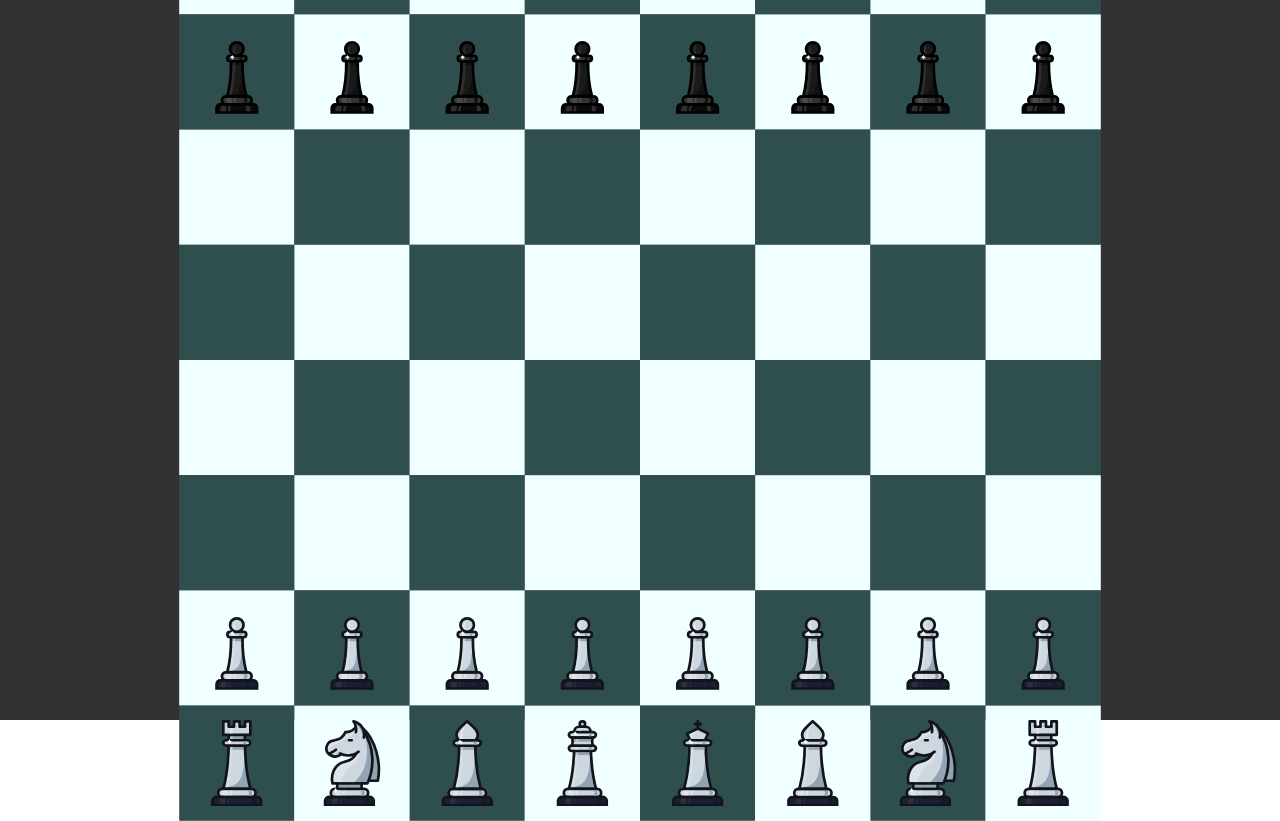
Repository: Mirsmog/react-chess
Page: /
An editor plug-in stored every save of this project. The page is shown before and after the next save, followed by the edit.
The browser window is 1280 px wide. The pictures show the whole page.
The project was rebuilt for these pictures with package versions that can differ from the ones it lists, and the page was loaded fresh each time. Also part of the build but not shown: vite.config.ts.

Above is the page before, as saved 2023-10-28 15:43:20.

### src/App.tsx
import BoardComponent from '@/components/BoardComponent';
import { Board } from './models/Board';
import React from 'react';

const App = () => {
  const [board, setBoard] = React.useState(new Board());

  React.useEffect(() => {
    restart();
  }, []);

  function restart() {
    const newBoard = new Board();
    newBoard.initCells();
    newBoard.addFigures()
    setBoard(newBoard);
  }
  return (
    <div className='app'>
      <BoardComponent board={board} setBoard={setBoard} />
    </div>
  );
};

export default App;

### src/index.css
:root {
  --sell-size: 64px;
}

* {
  margin: 0;
  padding: 0;
}

.app {
  background-color: #323232;
  width: 100vw;
  height: 100vh;
  display: flex;
  justify-content: center;
  align-items: center;
}

.board {
  display: flex;
  width: calc(var(--sell-size) * 8);
  height: calc(var(--sell-size) * 8);
  flex-wrap: wrap;
  transform: scale(1.8);
}

.cell {
  width: var(--sell-size);
  height: var(--sell-size);
  display: flex;
  justify-content: center;
  align-items: center;
}

.cell img {
  width: 48px;
  height: 48px;
  position: relative;
}

img[src*="/src/assets/pawn-white.svg"],
img[src*="/src/assets/pawn-black.svg"] {
  /* transform: scale(1.18); */
  transform: translateY(3px);
}

.black {
  background-color: darkslategrey;
}

.white {
  background-color: azure;
}

### src/components/BoardComponent.tsx
import { Board } from '@/models/Board';
import React from 'react';
import CellComponent from './CellComponent';

type Props = {
  board: Board;
  setBoard: (board: Board) => void;
};

const BoardComponent: React.FC<Props> = ({ board, setBoard }) => {
  return (
    <div className='board'>
      {board.cells.map((row, index) => (
        <React.Fragment key={index}>
          {row.map((cell) => (
            <CellComponent key={cell.id} cell={cell} />
          ))}
        </React.Fragment>
      ))}
    </div>
  );
};

export default BoardComponent;

### src/models/Board.ts
import { Cell } from './Cell';
import { Colors } from './Colors';
import { Bishop } from './figures/Bishop';
import { King } from './figures/King';
import { Knight } from './figures/Knight';
import { Pawn } from './figures/Pawn';
import { Queen } from './figures/Queen';
import { Rook } from './figures/Rook';

export class Board {
  cells: Cell[][] = [];

  public initCells() {
    for (let i = 0; i < 8; i++) {
      const row: Cell[] = [];
      for (let j = 0; j < 8; j++) {
        if ((i + j) % 2 !== 0) {
          row.push(new Cell(this, j, i, Colors.BLACK, null)); // black
        } else {
          row.push(new Cell(this, j, i, Colors.WHITE, null)); // white
        }
      }
      this.cells.push(row);
    }
  }
  public getCell(x: number, y: number) {
    return this.cells[y][x];
  }

  private addPawns() {
    for (let i = 0; i < 8; i++) {
      new Pawn(Colors.BLACK, this.getCell(i, 1));
      new Pawn(Colors.WHITE, this.getCell(i, 6));
    }
  }
  private addKings() {
    new King(Colors.BLACK, this.getCell(4, 0));
    new King(Colors.WHITE, this.getCell(4, 7));
  }
  private addQueens() {
    new Queen(Colors.BLACK, this.getCell(3, 0));
    new Queen(Colors.WHITE, this.getCell(3, 7));
  }
  private addBishops() {
    new Bishop(Colors.BLACK, this.getCell(2, 0));
    new Bishop(Colors.BLACK, this.getCell(5, 0));
    new Bishop(Colors.WHITE, this.getCell(2, 7));
    new Bishop(Colors.WHITE, this.getCell(5, 7));
  }
  private addKnights() {
    new Knight(Colors.BLACK, this.getCell(1, 0));
    new Knight(Colors.BLACK, this.getCell(6, 0));
    new Knight(Colors.WHITE, this.getCell(1, 7));
    new Knight(Colors.WHITE, this.getCell(6, 7));
  }
  private addRooks() {
    new Rook(Colors.BLACK, this.getCell(0, 0));
    new Rook(Colors.BLACK, this.getCell(7, 0));
    new Rook(Colors.WHITE, this.getCell(0, 7));
    new Rook(Colors.WHITE, this.getCell(7, 7));
  }

  public addFigures() {
    this.addKings();
    this.addBishops();
    this.addKnights();
    this.addQueens();
    this.addPawns();
    this.addRooks();
  }
}

### src/components/CellComponent.tsx
import { Cell } from '@/models/Cell';
import React from 'react';

type Props = {
  cell: Cell;
};

const CellComponent: React.FC<Props> = ({ cell }) => {
  return (
    <div className={`cell ${cell.color}`}>
      {cell.figure?.logo && (
        <img src={cell.figure.logo} alt={cell.figure.logo} />
      )}
    </div>
  );
};

export default CellComponent;

### src/models/Cell.ts
import { Board } from './Board';
import { Colors } from './Colors';
import { Figure } from './figures/Figure';

export class Cell {
  readonly x: number;
  readonly y: number;
  readonly color: Colors;
  figure: Figure | null;
  board: Board;
  available: boolean;
  id: number;

  constructor(
    board: Board,
    x: number,
    y: number,
    color: Colors,
    figure: Figure | null
  ) {
    this.board = board;
    this.figure = figure;
    this.color = color;
    this.x = x;
    this.y = y;
    this.available = false;
    this.id = Math.random();
  }
}

### src/models/Colors.ts
export enum Colors {
  BLACK = 'black',
  WHITE = 'white',
}

### src/models/figures/Bishop.ts
import { Cell } from '../Cell';
import { Colors } from '../Colors';
import { Figure, FigureName } from './Figure';
import bishopBlack from '@/assets/bishop-black.svg';
import bishopWhite from '@/assets/bishop-white.svg';
export class Bishop extends Figure {
  constructor(color: Colors, cell: Cell) {
    super(color, cell);
    this.logo = color === Colors.BLACK ? bishopBlack : bishopWhite;
    this.name = FigureName.BISHOP
  }
}

### src/models/figures/King.ts
import { Cell } from '../Cell';
import { Colors } from '../Colors';
import { Figure, FigureName } from './Figure';
import kingBlack from '@/assets/king-black.svg';
import kingWhite from '@/assets/king-white.svg';
export class King extends Figure {
  constructor(color: Colors, cell: Cell) {
    super(color, cell);
    this.logo = color === Colors.BLACK ? kingBlack : kingWhite;
    this.name = FigureName.KING
  }
}

### src/models/figures/Knight.ts
import { Cell } from '../Cell';
import { Colors } from '../Colors';
import { Figure, FigureName } from './Figure';
import knightBlack from '@/assets/knight-black.svg';
import knightWhite from '@/assets/knight-white.svg';
export class Knight extends Figure {
  constructor(color: Colors, cell: Cell) {
    super(color, cell);
    this.logo = color === Colors.BLACK ? knightBlack : knightWhite;
    this.name = FigureName.KNIGHT
  }
}

### src/models/figures/Pawn.ts
import { Cell } from '../Cell';
import { Colors } from '../Colors';
import { Figure, FigureName } from './Figure';
import pawnBlack from '@/assets/pawn-black.svg';
import pawnWhite from '@/assets/pawn-white.svg';
export class Pawn extends Figure {
  constructor(color: Colors, cell: Cell) {
    super(color, cell);
    this.logo = color === Colors.BLACK ? pawnBlack : pawnWhite;
    this.name = FigureName.PAWN
  }
}

### src/models/figures/Queen.ts
import { Cell } from '../Cell';
import { Colors } from '../Colors';
import { Figure, FigureName } from './Figure';
import queenBlack from '@/assets/queen-black.svg';
import queenWhite from '@/assets/queen-white.svg';
export class Queen extends Figure {
  constructor(color: Colors, cell: Cell) {
    super(color, cell);
    this.logo = color === Colors.BLACK ? queenBlack : queenWhite;
    this.name = FigureName.QUEEN
  }
}

### src/models/figures/Rook.ts
import { Cell } from '../Cell';
import { Colors } from '../Colors';
import { Figure, FigureName } from './Figure';
import rookBlack from '@/assets/rook-black.svg';
import rookWhite from '@/assets/rook-white.svg';
export class Rook extends Figure {
  constructor(color: Colors, cell: Cell) {
    super(color, cell);
    this.logo = color === Colors.BLACK ? rookBlack : rookWhite;
    this.name = FigureName.ROOK;
  }
}

### src/models/figures/Figure.ts
import { Cell } from '../Cell';
import { Colors } from '../Colors';
import logo from '@/assets/bishop-black.svg';

import queenBlack from '@/assets/queen-black.svg';
import bishopBlack from '@/assets/bishop-black.svg';
import rookBlack from '@/assets/rook-black.svg';
import knightBlack from '@/assets/knight-black.svg';
import pawnBlack from '@/assets/pawn-black.svg';

import queenWhite from '@/assets/queen-white.svg';
import bishopWhite from '@/assets/bishop-white.svg';
import rookWhite from '@/assets/rook-white.svg';
import knightWhite from '@/assets/knight-white.svg';
import pawnWhite from '@/assets/pawn-white.svg';

export enum FigureName {
  FIGURE = 'figure',
  KING = 'king',
  QUEEN = 'queen',
  ROOK = 'rook',
  BISHOP = 'bishop',
  PAWN = 'pawn',
  KNIGHT = 'knight',
}


export class Figure {
  color: Colors;
  logo: typeof logo | null;
  cell: Cell;
  name: FigureName;
  id: number;

  constructor(color: Colors, cell: Cell) {
    this.color = color;
    this.cell = cell;
    this.cell.figure = this;
    this.logo = null;
    this.name = FigureName.FIGURE;
    this.id = Math.random();
  }

  canMove(target: Cell): boolean {
    return true;
  }
  moveFigure(target: Cell) {}
}

Loaded but not shown: index.html (common file); src/main.tsx (common file)

After the next save:
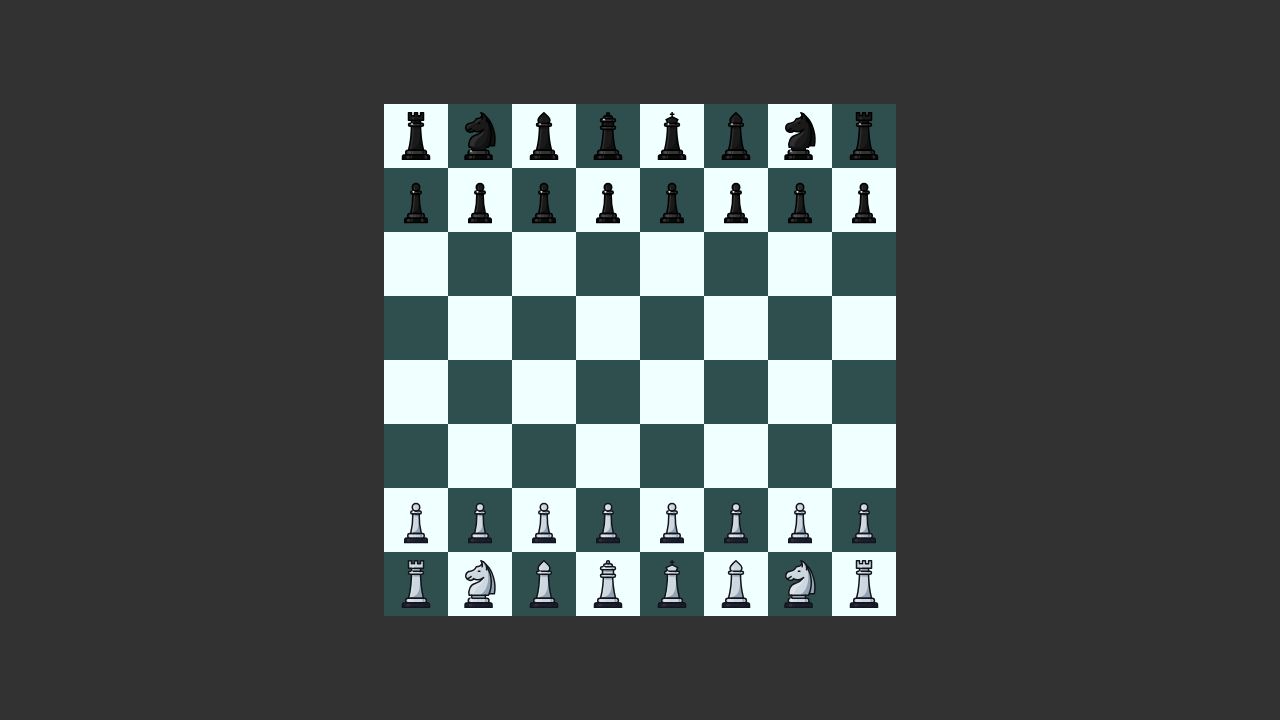
Saved 16 s later.
--- a/src/index.css
+++ b/src/index.css
@@ -21,7 +21,7 @@
   width: calc(var(--sell-size) * 8);
   height: calc(var(--sell-size) * 8);
   flex-wrap: wrap;
-  transform: scale(1.8);
+  /* transform: scale(1.8); */
 }
 
 .cell {
